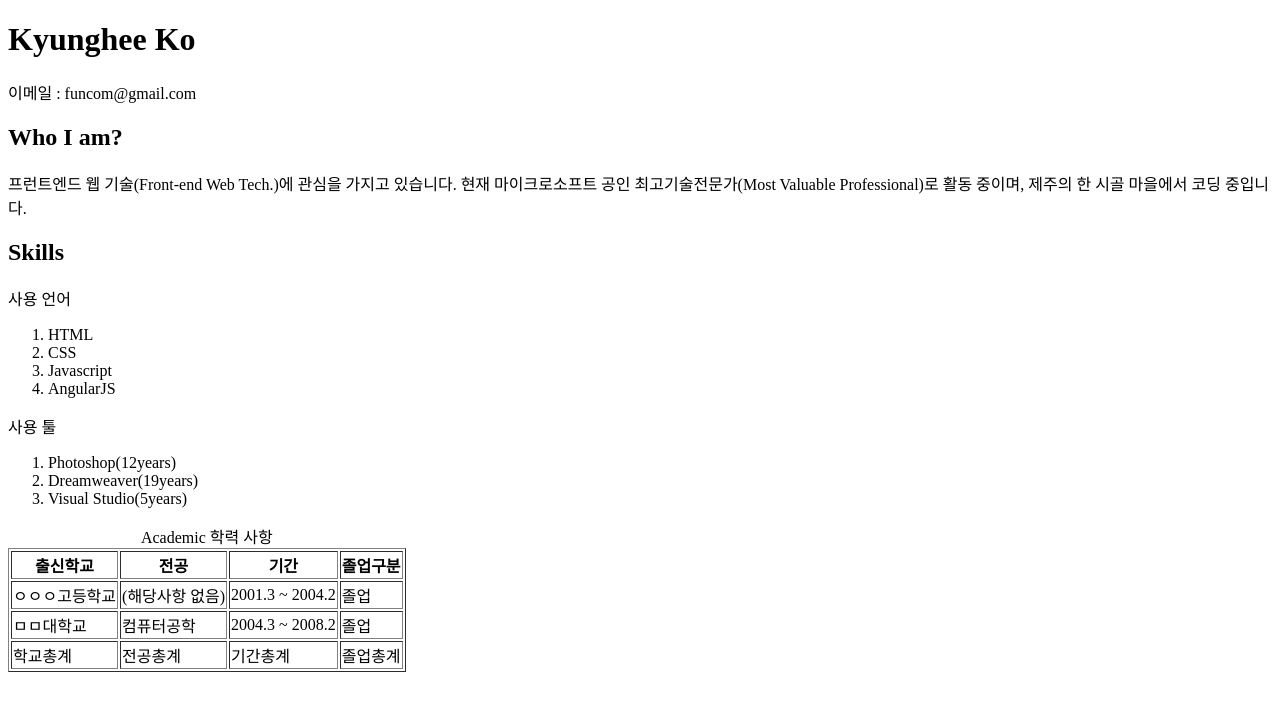
Repository: seulhwangbo/SeulJSP
Page: jspSrc17/webStandard01/src/main/webapp/02/resume.html
An editor plug-in stored every save of this project. The page is shown before and after the next save, followed by the edit.
The browser window is 1280 px wide. The pictures show the whole page.

Above is the page before, as saved 2024-06-13 07:41:23.

After the next save:
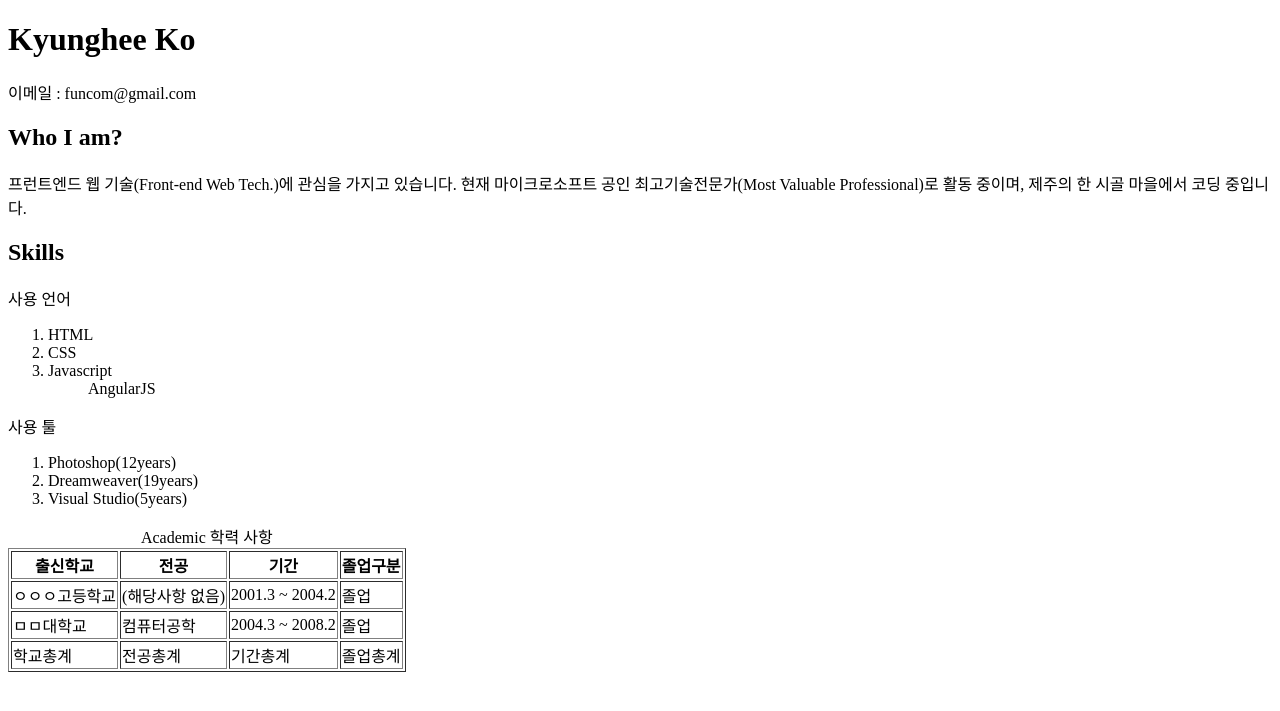
Saved 55 s later.
--- a/jspSrc17/webStandard01/src/main/webapp/02/resume.html
+++ b/jspSrc17/webStandard01/src/main/webapp/02/resume.html
@@ -18,7 +18,7 @@
 		<li>HTML</li>
 		<li>CSS</li>
 		<li>Javascript</li>
-		<li>AngularJS</li>
+		<ol>AngularJS</ol>
 	</ol>
 	</li>
 	<p>사용 툴</p>

After the save that followed:
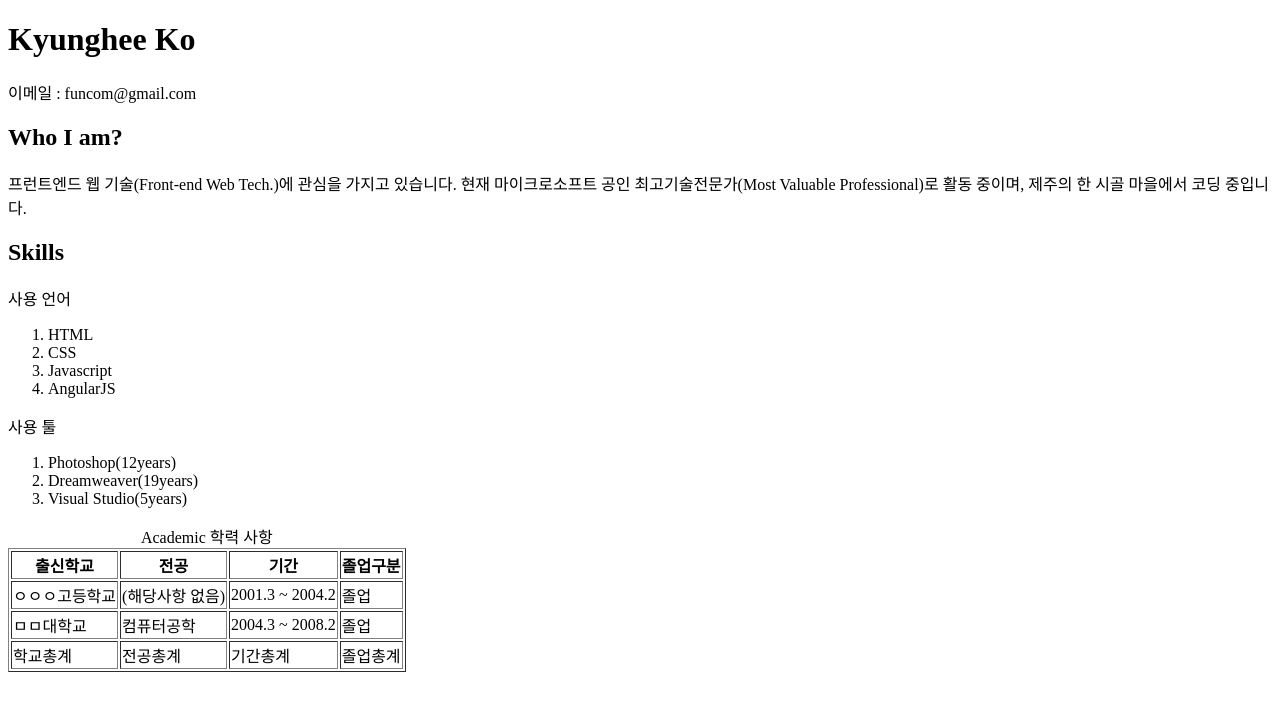
Saved 11 s later.
--- a/jspSrc17/webStandard01/src/main/webapp/02/resume.html
+++ b/jspSrc17/webStandard01/src/main/webapp/02/resume.html
@@ -18,7 +18,7 @@
 		<li>HTML</li>
 		<li>CSS</li>
 		<li>Javascript</li>
-		<ol>AngularJS</ol>
+		<li>AngularJS</li>
 	</ol>
 	</li>
 	<p>사용 툴</p>
